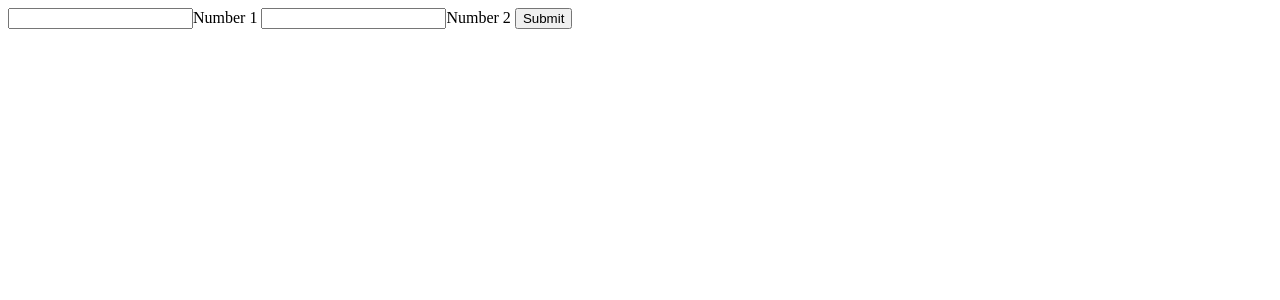
Repository: Nanda-Hari-Reddy/YouTube-Clone
Page: MDB-Free_4.20.0/SERVELETS/servelet-1/src/main/webapp/addition.html
These files come from the project's save history. The page is drawn as it stood at one moment and after the next save; the edit follows.
The browser window is 1280 px wide. The pictures show the whole page.

Above is the page before, as saved 2023-10-08 11:37:52.

### MDB-Free_4.20.0/SERVELETS/servelet-1/src/main/webapp/addition.html
<!DOCTYPE html>
<html>
<head>
<meta charset="ISO-8859-1">
<title>Addition</title>
</head>
<body>
	<form>
		<input type="text">Number 1
		<input type="text">Number 2
		<input type="submit">
	</form>
</body>
</html>

After the next save:
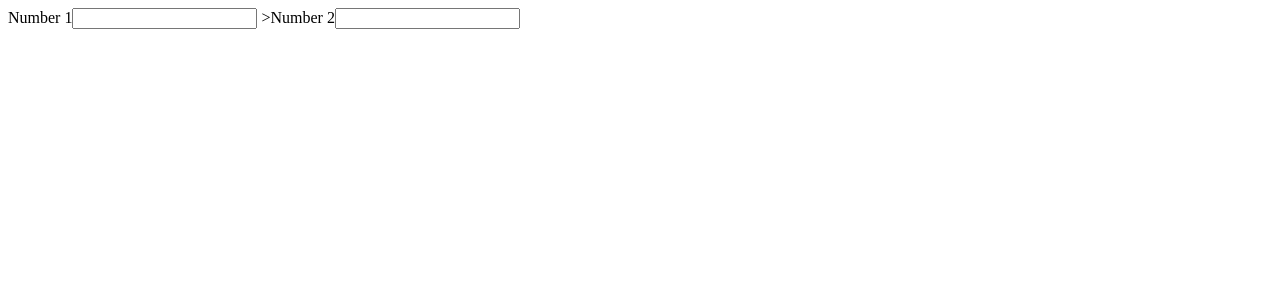
Saved 26 s later.
--- a/MDB-Free_4.20.0/SERVELETS/servelet-1/src/main/webapp/addition.html
+++ b/MDB-Free_4.20.0/SERVELETS/servelet-1/src/main/webapp/addition.html
@@ -6,8 +6,8 @@
 </head>
 <body>
 	<form>
-		<input type="text">Number 1
-		<input type="text">Number 2
+		Number 1<input type="text">
+		>Number 2<input type="text"
 		<input type="submit">
 	</form>
 </body>
